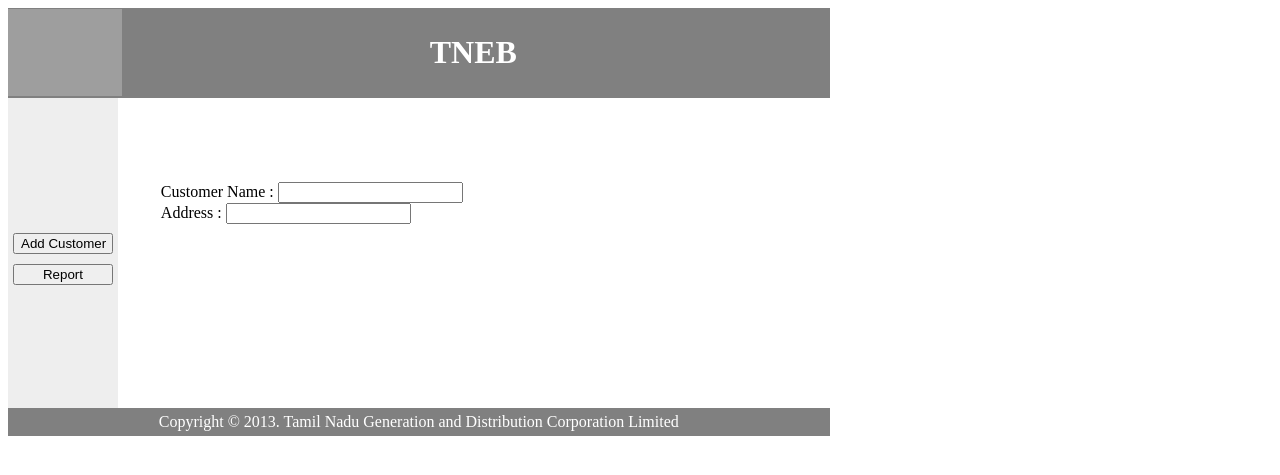
Repository: vjbrocode/Hackathon
Page: http://localhost/TNEB_billing/BillReport.jsp
An editor plug-in stored every save of this project. The page is shown before and after the next save, followed by the edit.
The browser window is 1280 px wide. The pictures show the whole page.
Empty fields were first filled with sample values (such as "Sample", 5 or name@example.com).
After loading, the first visible `input` was clicked once.
Pictures or frames that could not be fetched are drawn as grey boxes. Some web libraries are served in a nearby version. The page is served by Tomcat 9. Other server files are loaded and not shown.

Above is the page before, as saved 2015-07-03 08:45:42.

### workspace-Pradeep/TNEB billing/WebContent/BillReport.jsp
<%@ page language="java" contentType="text/html; charset=ISO-8859-1"
   pageEncoding="ISO-8859-1"%>
<!DOCTYPE html PUBLIC "-//W3C//DTD HTML 4.01 Transitional//EN" "http://www.w3.org/TR/html4/loose.dtd">
<html>
   <head>
      <meta http-equiv="Content-Type" content="text/html; charset=ISO-8859-1">
      <title>TNEB</title>
      <style>
	     #container{
			width:65%;
		 }
         #header {
         background-color:grey;
         color:white;
         text-align:center;
         padding:5px;
         }
         #nav {
         line-height:30px;
         background-color:#eeeeee;
         height:300px;
         width:100px;
         float:left;
         padding:5px;
         }
         #section {
         width:350px;
         float:left;
         padding:10px;
		  margin-top: 9%;
		  margin-left: 4%;
         }
         #footer {
         background-color:grey;
         color:white;
         clear:both;
         text-align:center;
         padding:5px;
         }
      </style>
   </head>
   <script src="https://ajax.googleapis.com/ajax/libs/jquery/1.11.3/jquery.min.js"></script>
   <script>
   function myfunction(){
	    var divHtml = 'Customer Name : <input type="text" name="custName">';
			divHtml = divHtml+ 'Address : <input type="text" name="address">';
	     $('#section').html(divHtml);
	   }
   function myReportfun(){
	   var divhtml = 'Search Customer : <input type="text" value=""  name="report" />';
			   divhtml = divhtml+'<input type="submit" value="Submit" />';
				divhtml = divhtml+'<input type="submit" value="Generate All Reports" name="report" style="margin-top: 11%; margin-left: 30%;" />';
		$('#section').html(divhtml);
   }
   </script>
   <body>
      <form action="serv/bill" method="post">
	  <div id="container">
         <div id="header">
			<img src="C:\Users\Administrator\Desktop\tneblogo.jpg" style="width: 114px; height: 87px; margin-top: -4px; margin-left: -5px; float: left;"/>
            <h1>TNEB</h1>
         </div>
         <div id="nav">
            <input type="button" value="Add Customer" onclick="myfunction();" style="width:100%;margin-top: 130%;">
            <input type="button" value="Report" onclick="myReportfun();" style="width:100%; margin-top: 10%;">
         </div>
         <div id="section">
             Search Customer : <input type="text" value=""  name="custId" />
 	         <input type="submit" value="Submit" />
  	         <input type="submit" value="Generate All Reports" name="report" style="margin-top: 11%; margin-left: 30%;" />
         </div>
         <div id="footer">
           Copyright © 2013.  Tamil Nadu Generation and Distribution Corporation Limited
         </div>
		</div>
      </form>
   </body>
</html>

After the next save:
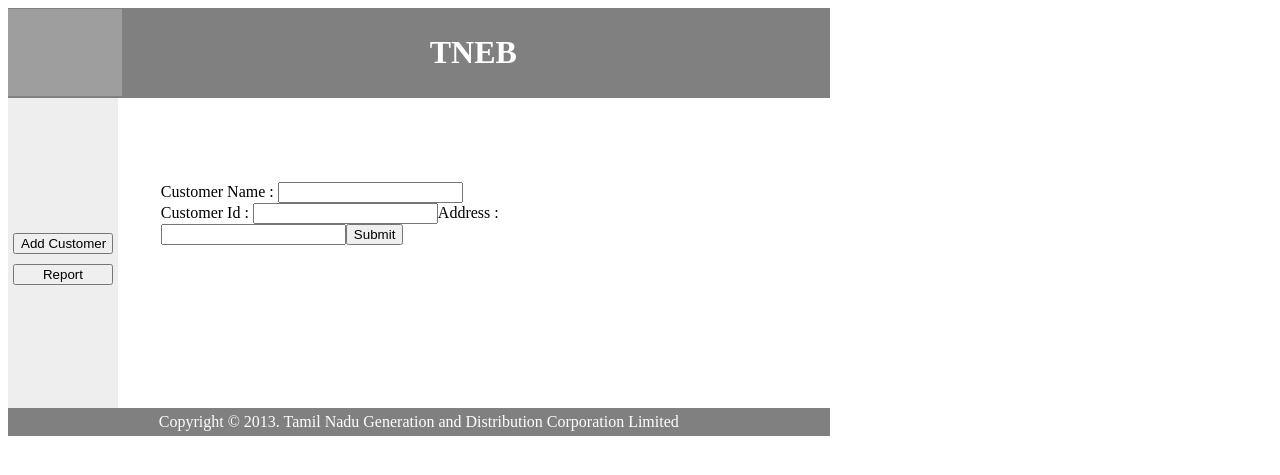
Saved 4 min 29 s later.
--- a/workspace-Pradeep/TNEB billing/WebContent/BillReport.jsp
+++ b/workspace-Pradeep/TNEB billing/WebContent/BillReport.jsp
@@ -43,7 +43,9 @@
    <script>
    function myfunction(){
 	    var divHtml = 'Customer Name : <input type="text" name="custName">';
+	        divHtml = divHtml+ 'Customer Id : <input type="text" name="newCustId">'
 			divHtml = divHtml+ 'Address : <input type="text" name="address">';
+			divHtml = divHtml+ '<input type="submit" name="insertCust">';
 	     $('#section').html(divHtml);
 	   }
    function myReportfun(){
